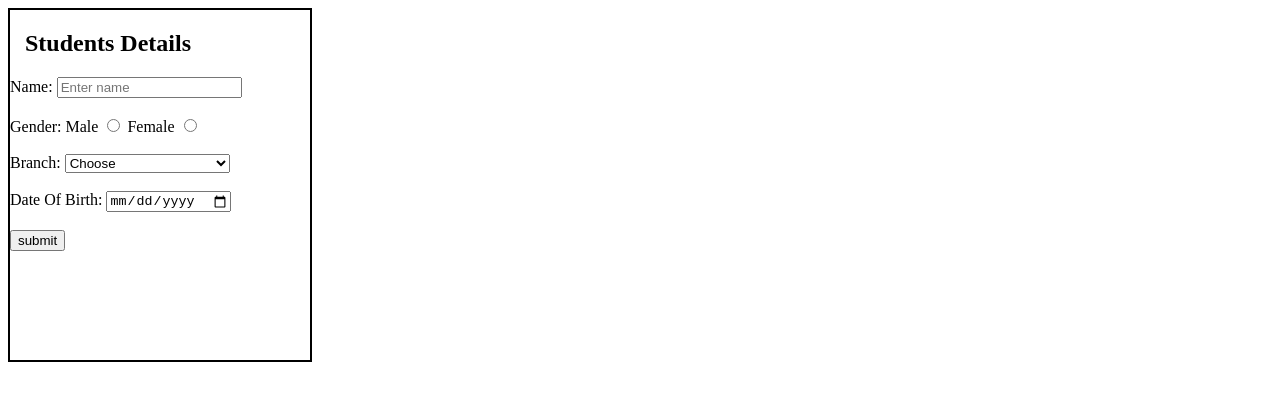
Repository: netravatih-paycorp/Assignments
Page: http://localhost/SpringMvc/home.jsp
An editor plug-in stored every save of this project. The page is shown before and after the next save, followed by the edit.
The browser window is 1280 px wide. The pictures show the whole page.
The page is served by Tomcat 9.

Above is the page before, as saved 2023-07-17 12:15:51.

After the next save:
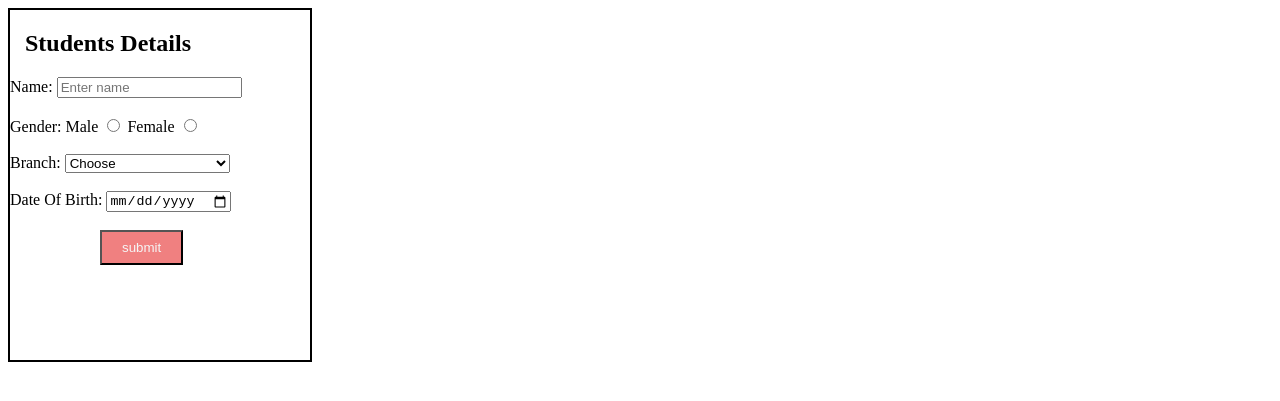
Saved 2 min 0 s later.
--- a/SpringMvc/src/main/webapp/home.jsp
+++ b/SpringMvc/src/main/webapp/home.jsp
@@ -29,10 +29,13 @@ function validateDate()
 
 }
 
-option
-{
- padding:8px;
-}
+button
+      {
+        padding: 8px 20px;
+        margin-left: 90px;
+        background-color:lightcoral ;
+        color: whitesmoke;
+      }
 </style>
 
 </head>
